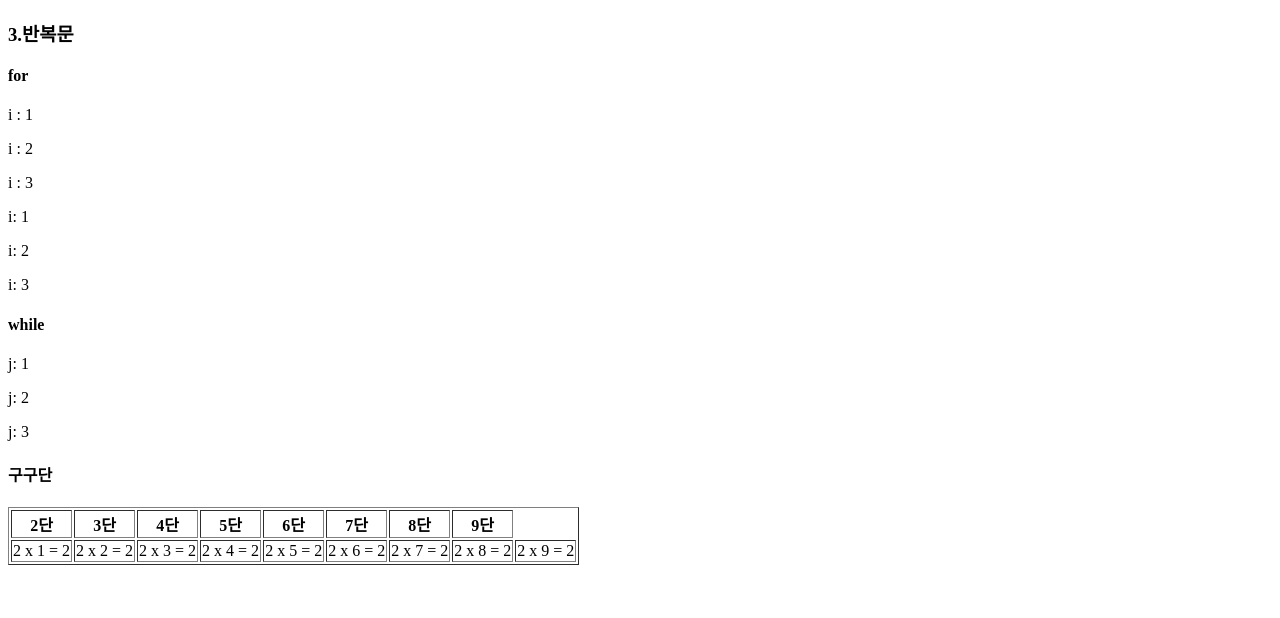
Repository: yun-setenforce/JSP
Page: http://localhost/Ch02/3_loop.jsp
These files come from the project's save history. The page is drawn as it stood at one moment and after the next save; the edit follows.
The browser window is 1280 px wide. The pictures show the whole page.
The page is served by Tomcat 9.

Above is the page before, as saved 2023-07-24 02:28:13.

After the next save:
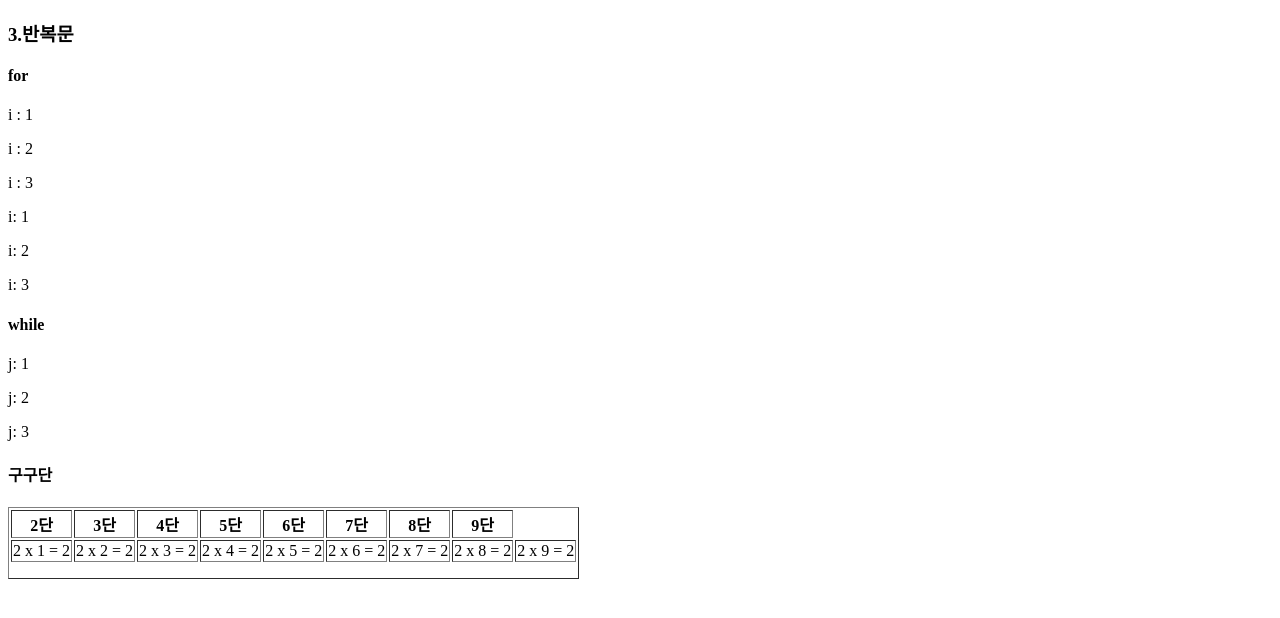
Saved 93 s later.
--- a/Ch02/src/main/webapp/3_loop.jsp
+++ b/Ch02/src/main/webapp/3_loop.jsp
@@ -58,6 +58,20 @@
 				<td>2 x 8 = 2</td>
 				<td>2 x 9 = 2</td>
 			</tr>
+			<%
+			for(int a=3;a<10;a++){
+			%>
+			<tr>
+			<%
+				for(int b=1; b<10; b++){
+			%>
+			<%
+				}
+			%>
+			</tr>
+			<%
+			}
+			%>
 		</table>
 	</body>
 </html>
